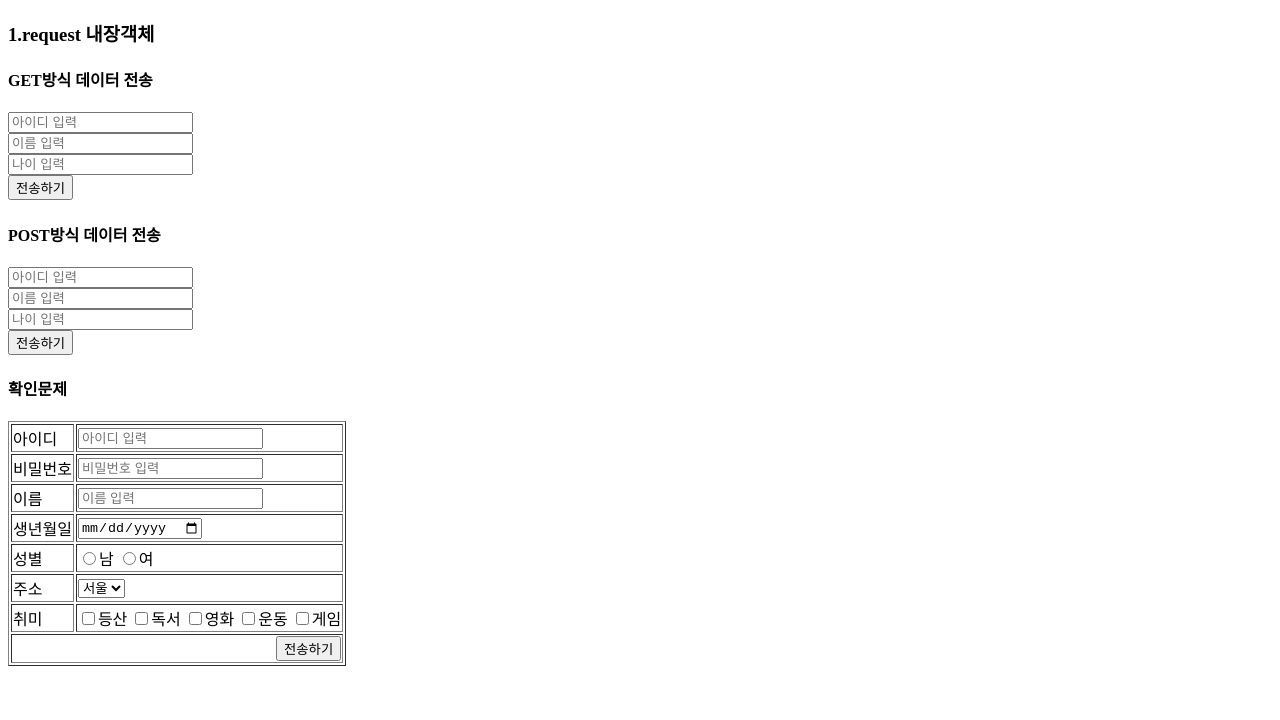
Repository: Jinwoooooooo/GCA_JSP
Page: http://localhost/ch03/1.request.jsp
The author's editor kept a copy of each file at every save. The page is drawn from the files as they stood at one save, then again after the next save.
The browser window is 1280 px wide. The pictures show the whole page.
The page is served by Tomcat 9.

Above is the page before, as saved 2025-02-04 01:11:33.

After the next save:
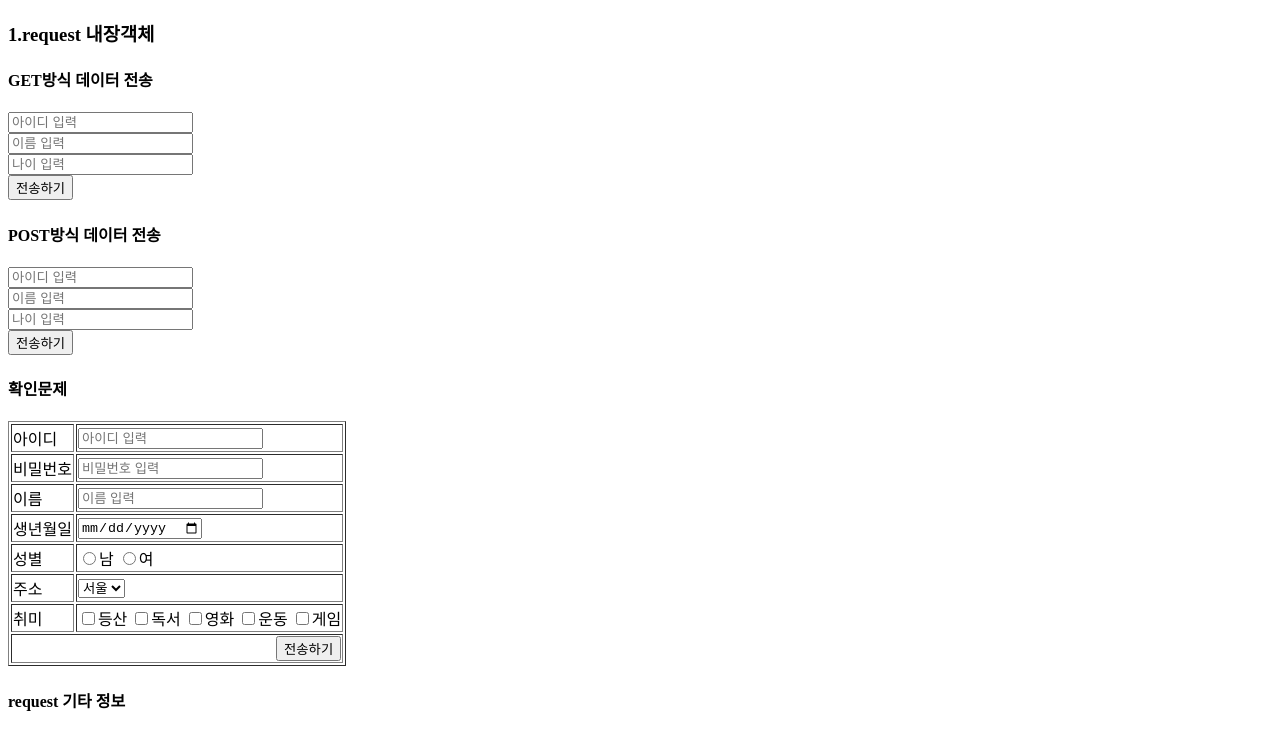
Saved 3 min 1 s later.
--- a/ch03/src/main/webapp/1.request.jsp
+++ b/ch03/src/main/webapp/1.request.jsp
@@ -80,5 +80,8 @@
 			</tr>
 		</table>
 	</form>
+
+	<h4>request 기타 정보</h4>
+
 </body>
 </html>
